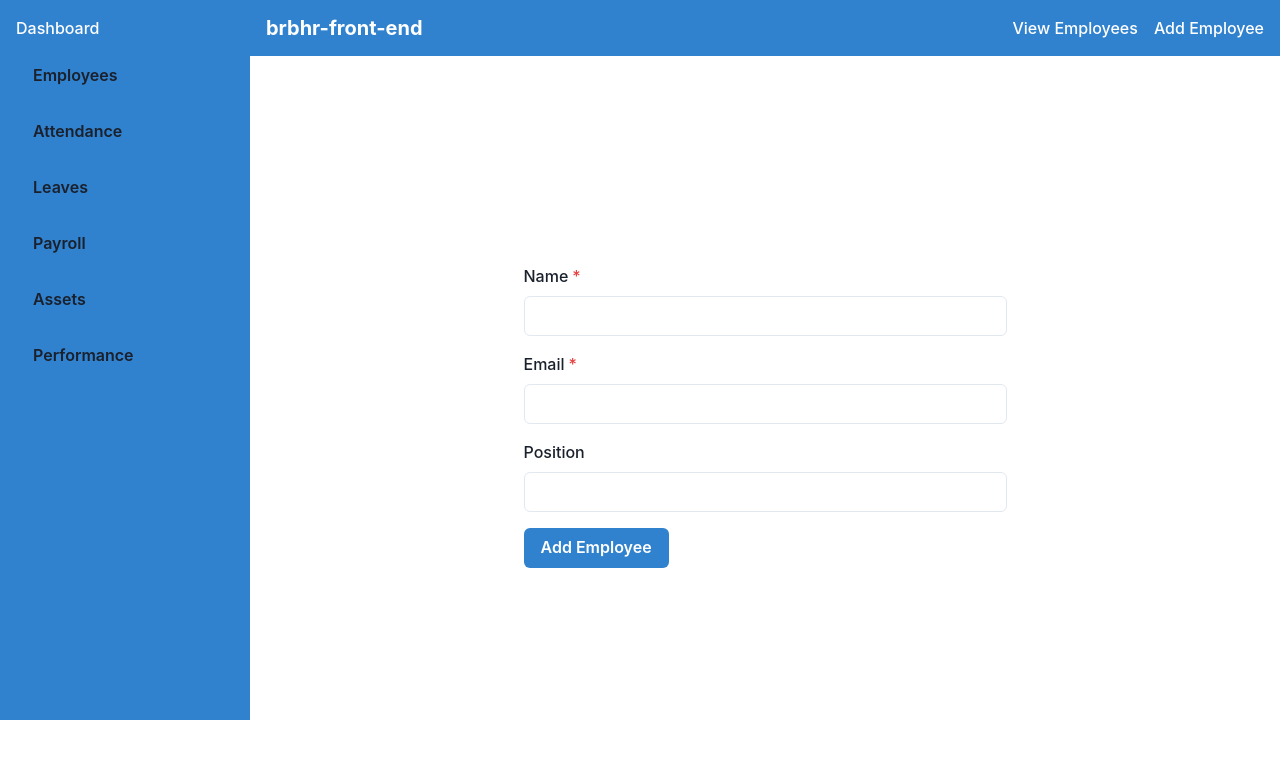
Repository: apipulse/brbhr-frontend
Page: /add-employee
An editor plug-in stored every save of this project. The page is shown before and after the next save, followed by the edit.
The browser window is 1280 px wide. The pictures show the whole page.
The project was rebuilt for these pictures with package versions that can differ from the ones it lists, and the page was loaded fresh each time. Also part of the build but not shown: vite.config.js, src/components/pages/Home.jsx, src/components/employee/EmployeeList.jsx, src/services/LeaveService.js, src/components/employee/LeaveList.jsx, src/components/employee/LeaveForm.jsx.

Above is the page before, as saved 2024-01-19 20:50:39.

### src/App.jsx
import React from 'react';
import { ChakraProvider, Flex } from '@chakra-ui/react';
import { BrowserRouter as Router, Route, Routes } from 'react-router-dom';
import NavBar from './components/layout/NavBar';
import SideBar from './components/layout/SideBar';
import Home from './components/pages/Home';
import EmployeeList from './components/employee/EmployeeList';
import AddEmployee from './components/employee/AddEmployee';
import LeaveList from './components/employee/LeaveList';
import LeaveForm from './components/employee/LeaveForm';

const App = () => {
  return (
    <ChakraProvider>
      <Router>
        <Flex>
          <SideBar />
          <Flex flexDirection="column" width="calc(100vw - 250px)"> {/* Adjust the width */}
            <NavBar />
            <Routes>
              <Route exact path="/" element={<Home />} />
              <Route path="/employees" element={<EmployeeList />} />
              <Route path="/add-employee" element={<AddEmployee />} />
              <Route path="/leaves" element={<LeaveList />} />
              <Route path="/add-leave" element={<LeaveForm />} />
              {/* Add more routes as needed */}
            </Routes>
          </Flex>
        </Flex>
      </Router>
    </ChakraProvider>
  );
};

export default App;

### src/components/layout/NavBar.jsx
import { Box, Flex, Link, Heading, Spacer, useMediaQuery } from '@chakra-ui/react';
import { Link as RouterLink } from 'react-router-dom';

const NavBar = () => {
  const [isLargerThan768] = useMediaQuery('(min-width: 768px)');

  return (
    <Flex
    bg="blue.500"
    p="4"
    color="white"
    width="full" // Adjust to take full width of the parent container
    direction={isLargerThan768 ? 'row' : 'column'}
    align="center"
    justify={isLargerThan768 ? "space-between" : "center"}
  >
      <Box>
        <Heading size="md">brbhr-front-end</Heading>
      </Box>
      <Spacer />
      <Box mt={!isLargerThan768 ? 4 : 0}>
        <Link as={RouterLink} to="/employees" mx="4">View Employees</Link>
        <Link as={RouterLink} to="/add-employee">Add Employee</Link>
        {/* Add more links as needed */}
      </Box>
    </Flex>
  );
};

export default NavBar;

### src/components/layout/SideBar.jsx
import React, { useState } from 'react';
import { Box, Link, VStack, Collapse, Button, useDisclosure } from '@chakra-ui/react';
import { Link as RouterLink } from 'react-router-dom';

const SidebarLinkGroup = ({ title, children }) => {
  const { isOpen, onToggle } = useDisclosure();
  return (
    <Box>
      <Button variant="ghost" onClick={onToggle} width="100%" justifyContent="flex-start">
        {title}
      </Button>
      <Collapse in={isOpen} animateOpacity>
        <VStack spacing={2} align="stretch" pl={4}>
          {children}
        </VStack>
      </Collapse>
    </Box>
  );
};

const Sidebar = () => {
  return (
    <Box bg="blue.500" h="100vh" w="250px" color="white" p="4">
      <VStack spacing={4} align="stretch">
        {/* Dashboard */}
        <Link as={RouterLink} to="/dashboard">Dashboard</Link>

        {/* Employees */}
        <SidebarLinkGroup title="Employees">
          <Link as={RouterLink} to="/employees/list">Employee List</Link>
          <Link as={RouterLink} to="/employees/add">Add Employee</Link>
          {/* Additional Employee-related links */}
        </SidebarLinkGroup>

        {/* Attendance */}
        <SidebarLinkGroup title="Attendance">
          <Link as={RouterLink} to="/attendance/records">Attendance Records</Link>
          <Link as={RouterLink} to="/attendance/report">Attendance Report</Link>
          {/* Additional Attendance-related links */}
        </SidebarLinkGroup>

        {/* Leaves */}
        <SidebarLinkGroup title="Leaves">
          <Link as={RouterLink} to="/leaves/apply">Apply for Leave</Link>
          <Link as={RouterLink} to="/leaves/status">Leave Status</Link>
          {/* Additional Leaves-related links */}
        </SidebarLinkGroup>

        {/* Payroll */}
        <SidebarLinkGroup title="Payroll">
          <Link as={RouterLink} to="/payroll/salary">Salary Details</Link>
          <Link as={RouterLink} to="/payroll/statements">Payroll Statements</Link>
          {/* Additional Payroll-related links */}
        </SidebarLinkGroup>

        {/* Assets */}
        <SidebarLinkGroup title="Assets">
          <Link as={RouterLink} to="/assets/manage">Manage Assets</Link>
          <Link as={RouterLink} to="/assets/assign">Assign Assets</Link>
          {/* Additional Asset-related links */}
        </SidebarLinkGroup>

        {/* Performance (PMS) */}
        <SidebarLinkGroup title="Performance">
          <Link as={RouterLink} to="/performance/reviews">Performance Reviews</Link>
          <Link as={RouterLink} to="/performance/goals">Set Goals</Link>
          {/* Additional Performance-related links */}
        </SidebarLinkGroup>

        {/* Additional main categories as needed */}
      </VStack>
    </Box>
  );
};

export default Sidebar;

### src/components/employee/AddEmployee.jsx
import React, { useState } from 'react';
import { Box, FormControl, FormLabel, Input, Button, Flex, useMediaQuery } from '@chakra-ui/react';
import { createEmployee } from '../../services/EmployeeService';

const AddEmployee = () => {
    const [employee, setEmployee] = useState({
        name: '',
        emailId: '',
        position: '',
        // Add other relevant fields
    });

    const [isLargerThan768] = useMediaQuery('(min-width: 768px)');

    const handleChange = (e) => {
        setEmployee({ ...employee, [e.target.name]: e.target.value });
    };

    const handleSubmit = async (e) => {
        e.preventDefault();
        try {
            const newEmployee = await createEmployee(employee);
            console.log('Employee added:', newEmployee);
            // Additional logic after creation
        } catch (error) {
            console.error('Error creating employee:', error);
            // Error handling logic
        }
    };

    return (
        <Flex align="center" justify="center" minHeight={isLargerThan768 ? "100vh" : "auto"}>
            <Box p={4} width={isLargerThan768 ? "50%" : "90%"}>
                <form onSubmit={handleSubmit}>
                    <FormControl id="name" isRequired>
                        <FormLabel>Name</FormLabel>
                        <Input name="name" type="text" onChange={handleChange} />
                    </FormControl>
                    <FormControl id="email" isRequired mt={4}>
                        <FormLabel>Email</FormLabel>
                        <Input name="emailId" type="email" onChange={handleChange} />
                    </FormControl>
                    <FormControl id="position" mt={4}>
                        <FormLabel>Position</FormLabel>
                        <Input name="position" type="text" onChange={handleChange} />
                    </FormControl>
                    {/* Add other form controls as needed */}
                    <Button mt={4} colorScheme="blue" type="submit">Add Employee</Button>
                </form>
            </Box>
        </Flex>
    );
};

export default AddEmployee;

### src/services/EmployeeService.js
import axios from './axiosInstance';

export const getEmployees = async () => {
    try {
        const response = await axios.get('employees');
        return response.data;
    } catch (error) {
        console.error('Error fetching employees:', error);
        throw error;
    }
};

export const getEmployeeById = async (id) => {
    try {
        const response = await axios.get(`employees/${id}`);
        return response.data;
    } catch (error) {
        console.error('Error fetching employee:', error);
        throw error;
    }
};


export const createEmployee = async (employeeData) => {
    try {
        const response = await axios.post('employees', employeeData);
        return response.data;
    } catch (error) {
        console.error('Error creating employee:', error);
        throw error;
    }
};

export const updateEmployee = async (id, employeeData) => {
    try {
        const response = await axios.put(`employees/${id}`, employeeData);
        return response.data;
    } catch (error) {
        console.error('Error updating employee:', error);
        throw error;
    }
};

export const deleteEmployee = async (id) => {
    try {
        await axios.delete(`employees/${id}`);
    } catch (error) {
        console.error('Error deleting employee:', error);
        throw error;
    }
};

### src/services/axiosInstance.js
import axios from 'axios';

const axiosInstance = axios.create({
    baseURL: 'http://localhost:8080/api/', // Update with your actual API URL
    // You can add more default settings here
});

export default axiosInstance;

Loaded but not shown: index.html (common file); src/main.jsx (common file); src/index.css (common file)

After the next save:
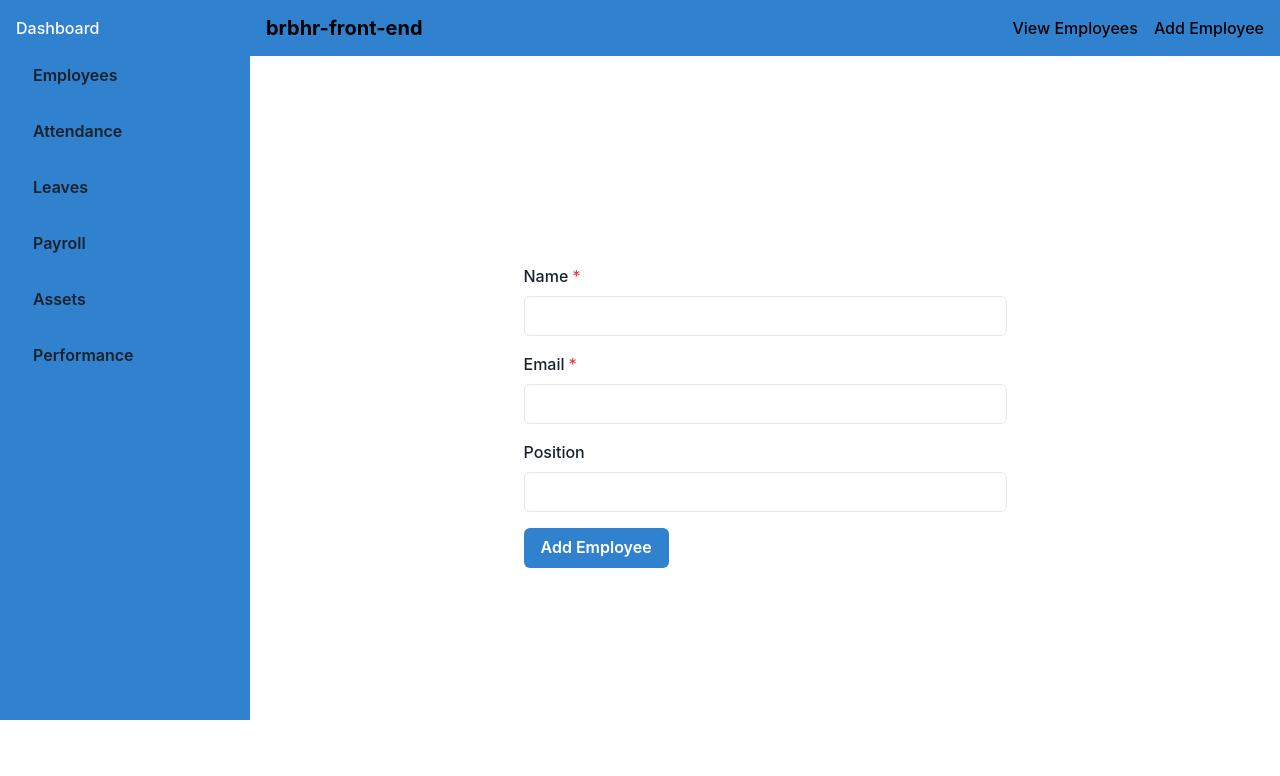
Saved 4 s later.
--- a/src/components/layout/NavBar.jsx
+++ b/src/components/layout/NavBar.jsx
@@ -8,7 +8,7 @@ const NavBar = () => {
     <Flex
     bg="blue.500"
     p="4"
-    color="white"
+    color="black"
     width="full" // Adjust to take full width of the parent container
     direction={isLargerThan768 ? 'row' : 'column'}
     align="center"
